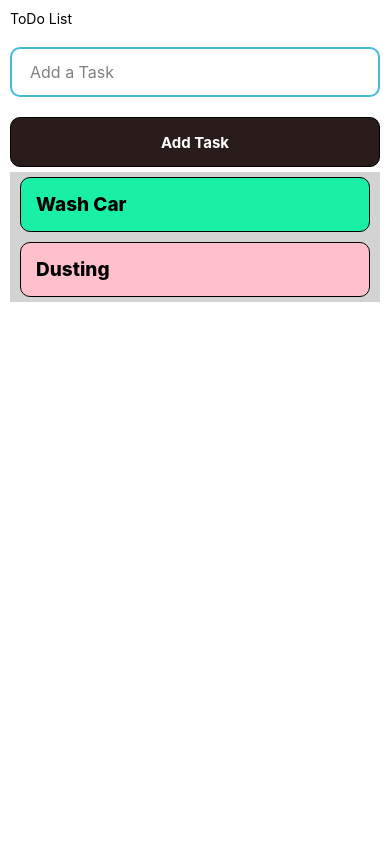
Repository: raisingh22/Projects
Screen: /
An editor plug-in stored every save of this project. The screen is shown before and after a run of saves, followed by the edit.
The app was drawn by React Native's web renderer in a window 390 px wide. The project was rebuilt for these pictures with package versions that can differ from the ones it lists, and the page was loaded fresh each time.

Above is the screen before, as saved 2024-01-21 19:24:06.

After the next 2 saves:
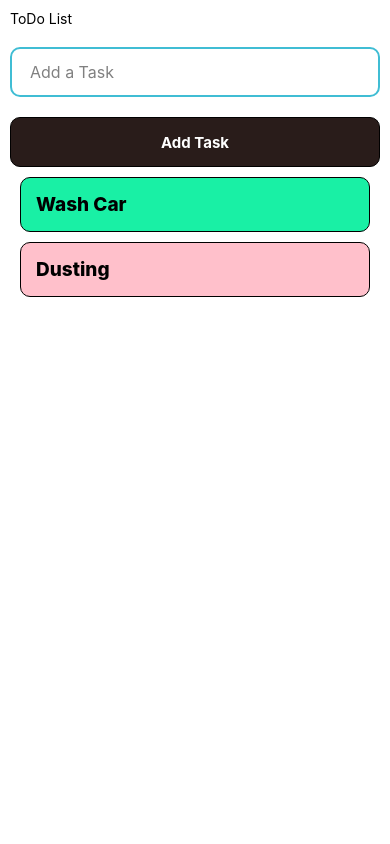
The 2 saves are shown as one change because they came seconds apart.
The last was saved 32 s later.
--- a/src/components/MyFlatList.js
+++ b/src/components/MyFlatList.js
@@ -19,7 +19,7 @@ const styles = StyleSheet.create({
     list: {
         marginVertical:5,
         // flex: 1, // Example: Expand the FlatList to fill available space
-        backgroundColor: 'lightgray', // Example: Set background color
-        height:"50%"
+        // backgroundColor: 'lightgray', // Example: Set background color
+        // height:"50%"
       },
 });
